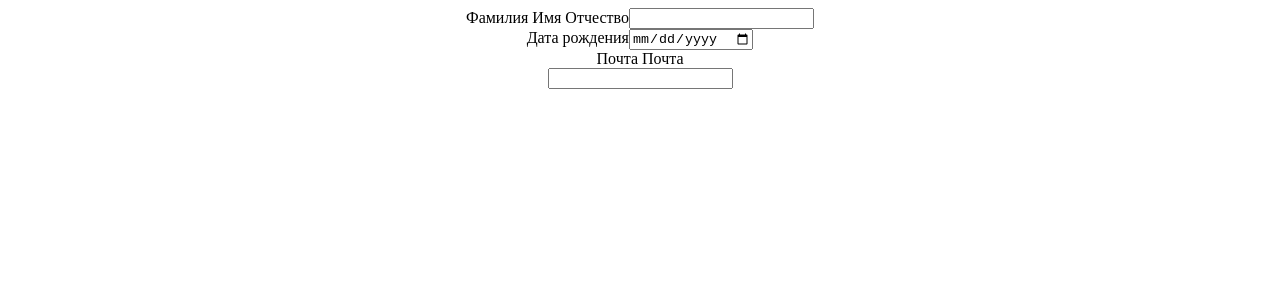
Repository: asya-aisa/test-work
Page: /
The author's editor kept a copy of each file at every save. The page is drawn from the files as they stood at one save, then again after the next save.
The browser window is 1280 px wide. The pictures show the whole page.
The project was rebuilt for these pictures with package versions that can differ from the ones it lists, and the page was loaded fresh each time.

Above is the page before, as saved 2023-07-19 22:22:04.

After the next save:
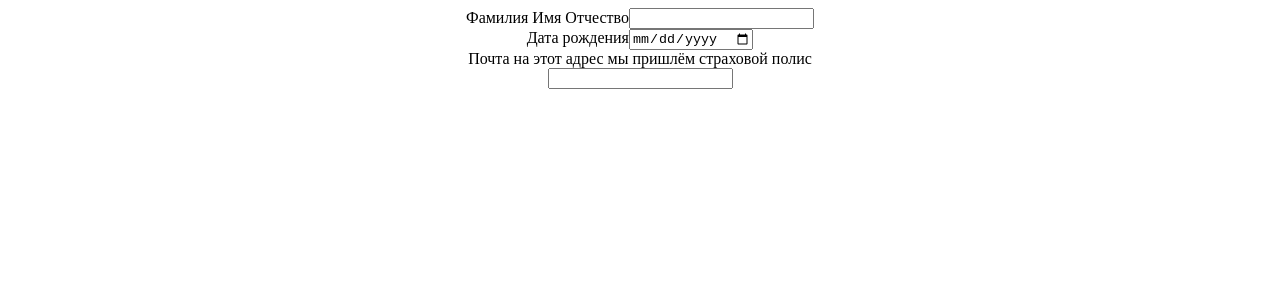
Saved 10 min 31 s later.
--- a/src/InfoPartOne.js
+++ b/src/InfoPartOne.js
@@ -41,7 +41,7 @@ export class InfoPartOne extends Component {
                 <div>
                     <div>
                       <label>Почта </label>
-                      <label>Почта</label>
+                      <label>на этот адрес мы пришлём страховой полис</label>
                     </div>
 
                     <input type="email" required=""  />
